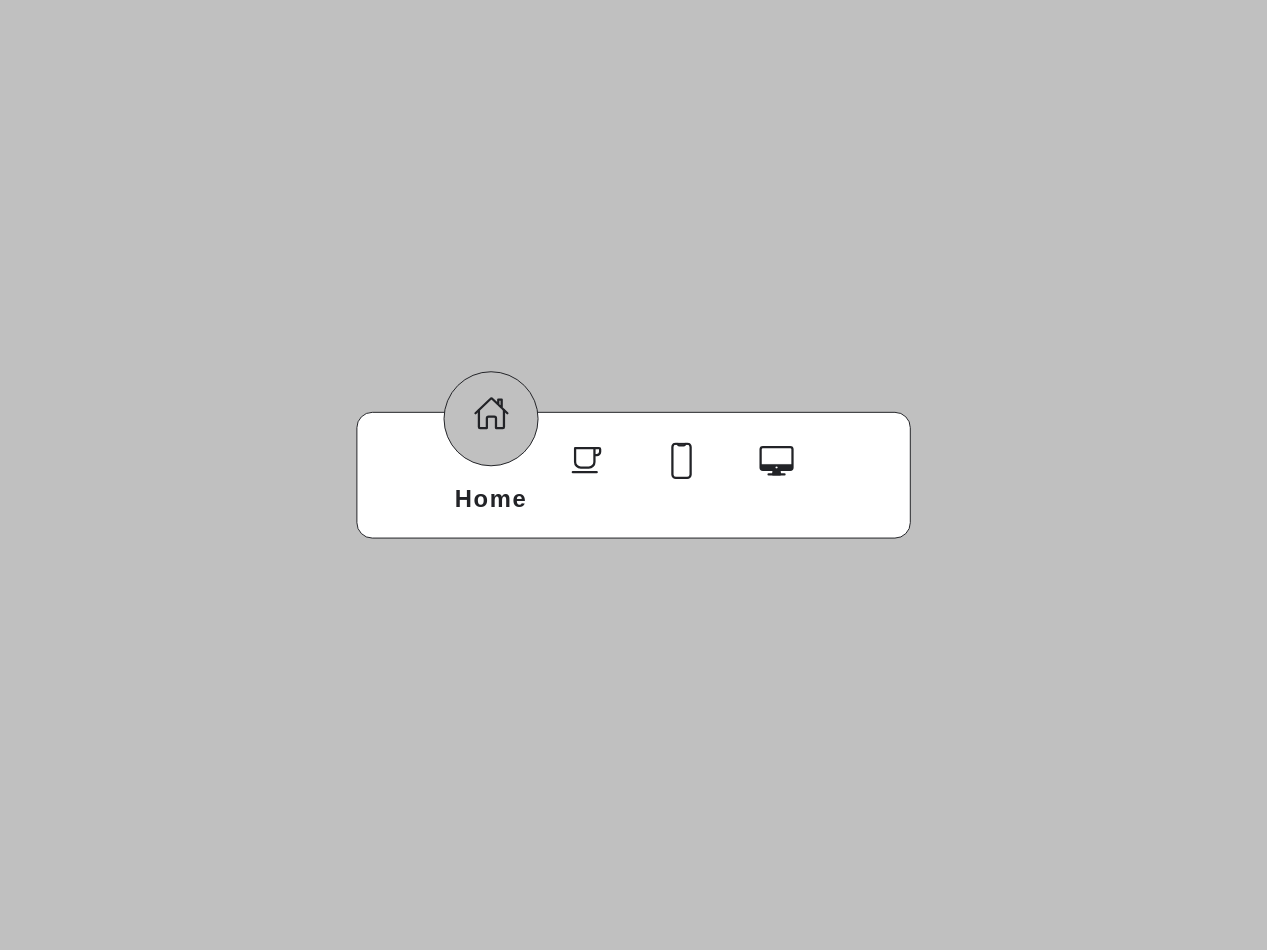
Repository: DevJoeYC/Metabukcs
Page: http://localhost/metabucks/
These files come from the project's save history. The page is drawn as it stood at one moment and after the next save; the edit follows.
The browser window is 1280 px wide. The pictures show the whole page, at 99% of full size.
The page is served by Tomcat 9. Other server files are loaded and not shown.

Above is the page before, as saved 2022-05-27 01:13:55.

### metabucks/WebContent/index.html
<!DOCTYPE html>
<html>
<head>
	<meta charset="UTF-8">
	<title>CTEAM team project nav</title>
	<link rel="stylesheet" type="text/css" href="./show/test.css">
	<script src="./show/common.js"></script>
	<script src="./show/jquery.js"></script>
</head>
<body>
	<div class="nav">
		<ul>
			<li class="list active">
				<a href="./HOME/index.jsp" target="_blank">
					<span class="icon"><ion-icon name="home-outline"></ion-icon></span>
					<span class="text">Home</span>
				</a>
			</li>
			<li class="list">
				<a href="./KIOSK/index.jsp" target="_blank">
					<span class="icon"><ion-icon name="cafe-outline"></ion-icon></span>
					<span class="text">KIOSK</span>
				</a>
			</li>
			<li class="list">
				<a href="./METAORDER/index.jsp" target="_blank">
					<span class="icon"><ion-icon name="phone-portrait-outline"></ion-icon></span>
					<span class="text">Metaoder</span>
				</a>
			</li>
			<li class="list">
				<a href="./POS/index.html" target="_blank">
					<span class="icon"><ion-icon name="desktop-outline"></ion-icon></span>
					<span class="text">POS</span>
				</a>
			</li>
			<div class="indicator"></div>
		</ul>
	</div>
	<script>
		var list = document.querySelectorAll('.list');
		function activeLink(){
			list.forEach((item) => item.classList.remove('active'));
			this.classList.add('active');
		}
		list.forEach((item) =>
		item.addEventListener('mouseover', activeLink));
	</script>
	<script type="module" src="https://unpkg.com/ionicons@5.5.2/dist/ionicons/ionicons.esm.js"></script>
	<script nomodule src="https://unpkg.com/ionicons@5.5.2/dist/ionicons/ionicons.js"></script>
</body>
</html>

### metabucks/WebContent/show/test.css
* {
	margin: 0;
	padding: 0;
	box-sizing: border-box;
	font-family: 'Poppins', sans-serif;
}

:root
{
	--clr: #222327;
}

body
{
	display: flex;
	justify-content: center;
	align-items: center;
	min-height: 60rem;
	background: silver;
}

.nav
{
	position: relative;
	width: 35rem;
	height: 8rem;
	background: #fff;
	display: flex;
	justify-content: center;
	align-items: center;
	border: 0.1rem solid var(--clr);
	border-radius: 1rem;
}

.nav ul
{
	display: flex;
	width: 24rem;
}

.nav ul li
{
	position: relative;
	list-style: none;
	width: 6rem;
	height: 6rem;
	z-index: 1;
}

.nav ul li a
{
	position: relative;
	display: flex;
	justify-content: center;
	align-items: center;
	flex-direction: column;
	width: 100%;
	text-align: center;
	font-weight: bolder;
}

.nav ul li a .icon
{
	position: relative;
	display: block;
	line-height: 5rem;
	font-size: 2.3em;
	text-align: center;
	transition: 0.5s;
	color: var(--clr);
}

.nav ul li.hover a .icon
{
	transform: translateY(-3rem);
}
.nav ul li.active a .icon
{
	transform: translateY(-3rem);
}

.nav ul li a .text
{
	position: absolute;
	color: var(--clr);
	font-weight: bolder;
	font-size: 1.5rem;
	letter-spacing: 0.1rem;
	transition: 0.5s;
	opacity: 0;
	transform: translateY(-1rem);
}

.nav ul li.hover a .text
{
	opacity: 1;
	transform: translateY(2rem)
}
.nav ul li.active a .text
{
	opacity: 1;
	transform: translateY(2rem)
}

.indicator
{
	position: absolute;
	top: -2.6rem;
	width: 6rem;
	height: 6rem;
	background: silver;
	border-radius: 50%;
	border: 0.1rem solid var(--clr);
	transition: 0.5s;
}

.nav ul li:nth-child(1).active ~ .indicator
{
	transform: translateX(calc(6rem * 0));
}
.nav ul li:nth-child(2).active ~ .indicator
{
	transform: translateX(calc(6rem * 1));
}
.nav ul li:nth-child(3).active ~ .indicator
{
	transform: translateX(calc(6rem * 2));
}
.nav ul li:nth-child(4).active ~ .indicator
{
	transform: translateX(calc(6rem * 3));
}

### metabucks/WebContent/show/common.js
/****************************************************************************************************
 *	작성자 : 함경환
 *	작성일 : 2022-05-20 11:45
****************************************************************************************************/

//선택된 메뉴를 str로 strURL의 이름을 가진 페이지에 요청을 보낸다.
//결과 값은 to의 id를 가진 곳에 반영한다
function setDiv(to, strURL, str) {
	//선택된 메뉴를 str로 strURL의 이름을 가진 페이지에 요청을 보낸다.
	$.ajax({
		type		: "POST",
		url			: strURL + str,
		dataType	: "HTML",
		contentType : "application/x-www-form-urlencoded; charset=UTF-8",
		success		: function (data) {$(to).html(data);},
		complete	: function (data) {},
		error		: function (data) {}
	});
}

function toggle(obj){
	$(obj).parent().children().css({ "background-color" : "silver" });
	$(obj).css({ "background-color" : "white" });
}

Loaded but not shown: metabucks/WebContent/show/jquery.js (library)

After the next save:
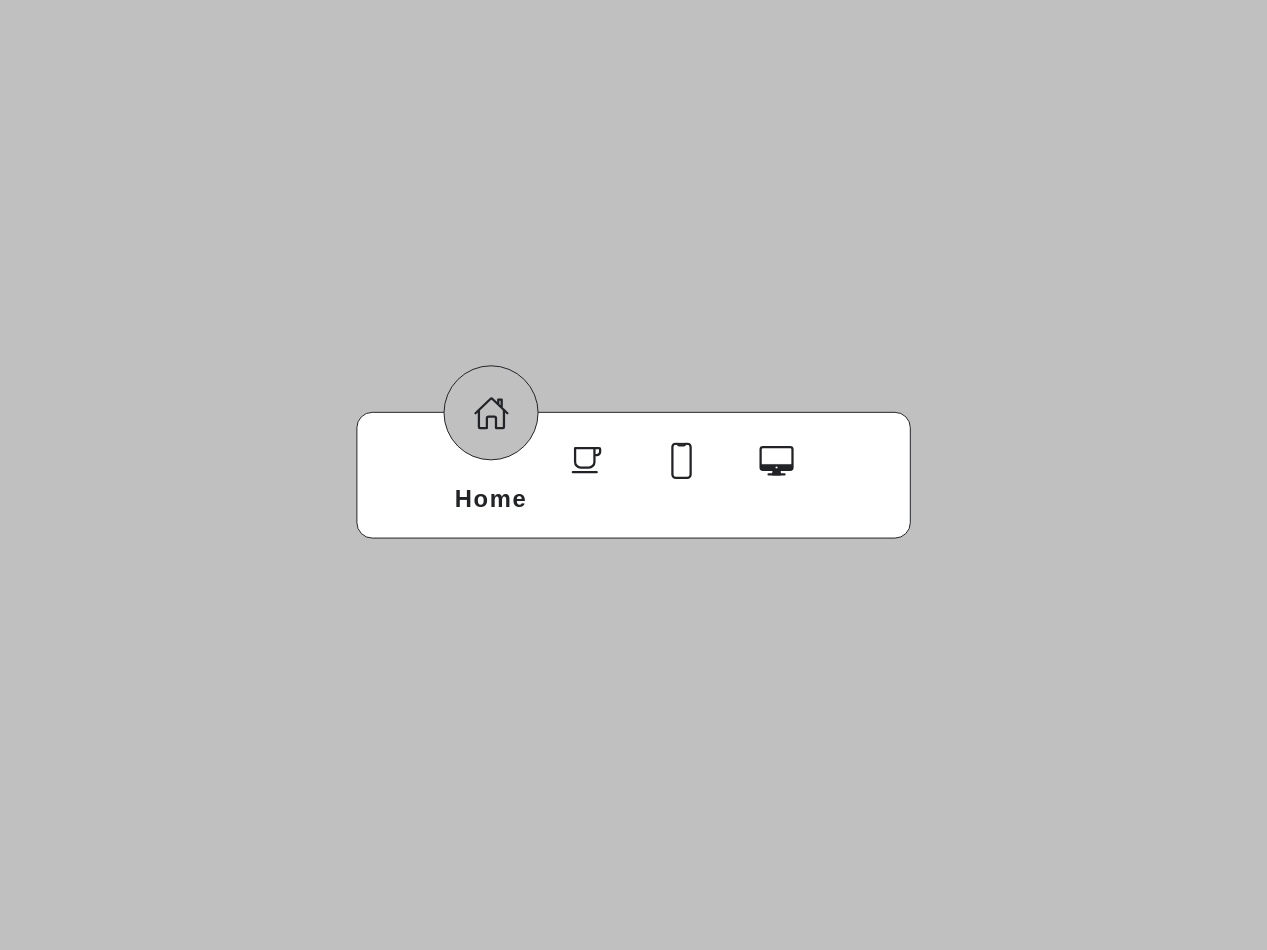
Saved 9 min 40 s later.
--- a/metabucks/WebContent/show/test.css
+++ b/metabucks/WebContent/show/test.css
@@ -105,7 +105,7 @@ body
 .indicator
 {
 	position: absolute;
-	top: -2.6rem;
+	top: -3rem;
 	width: 6rem;
 	height: 6rem;
 	background: silver;
